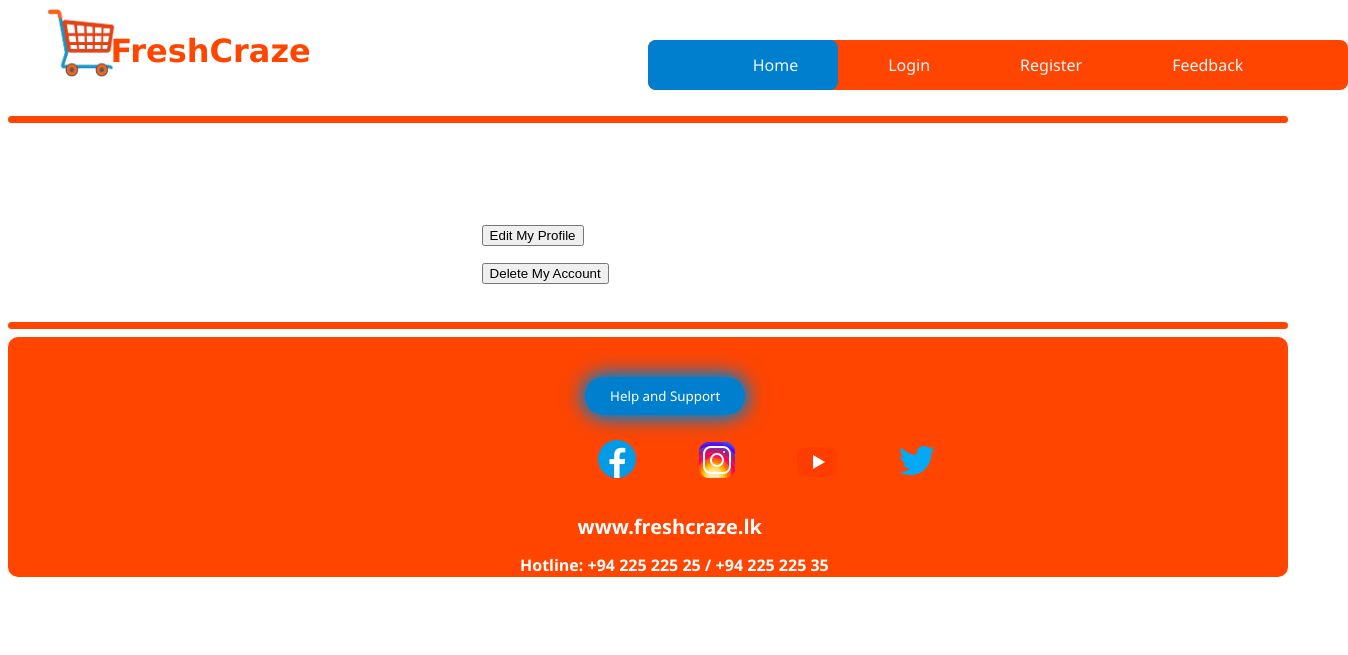
Repository: chamarac2002/FreshCraze
Page: http://localhost/CustomerDemo/useraccount.jsp
An editor plug-in stored every save of this project. The page is shown before and after the next save, followed by the edit.
The browser window is 1280 px wide. The page is 1348 px wide, so the pictures cover 1348 px, including what lies to the right of the window. The pictures show the whole page.
The page is served by Tomcat 9. Nobody is signed in. The application's start-up code is not run. The template is opened directly, without the code that normally fills it, so the values that code supplies are empty.

Above is the page before, as saved 2024-05-11 05:27:57.

After the next save:
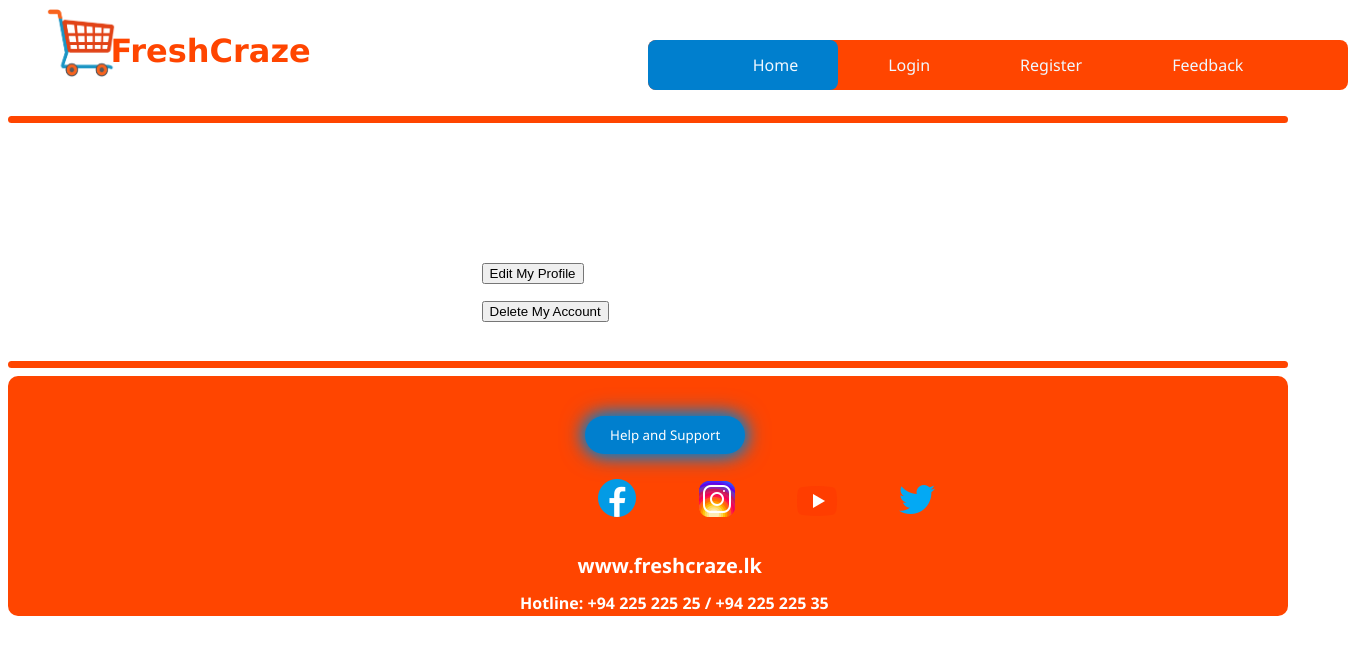
Saved 19 s later.
--- a/CustomerDemo/src/main/webapp/Styles/useraccountStyle.css
+++ b/CustomerDemo/src/main/webapp/Styles/useraccountStyle.css
@@ -205,7 +205,7 @@
 
 .sub1 {
   	margin-left: 37%;
-    margin-top: 3%;
+    margin-top: 6%;
 }
 
 .sub2 {

After the save that followed:
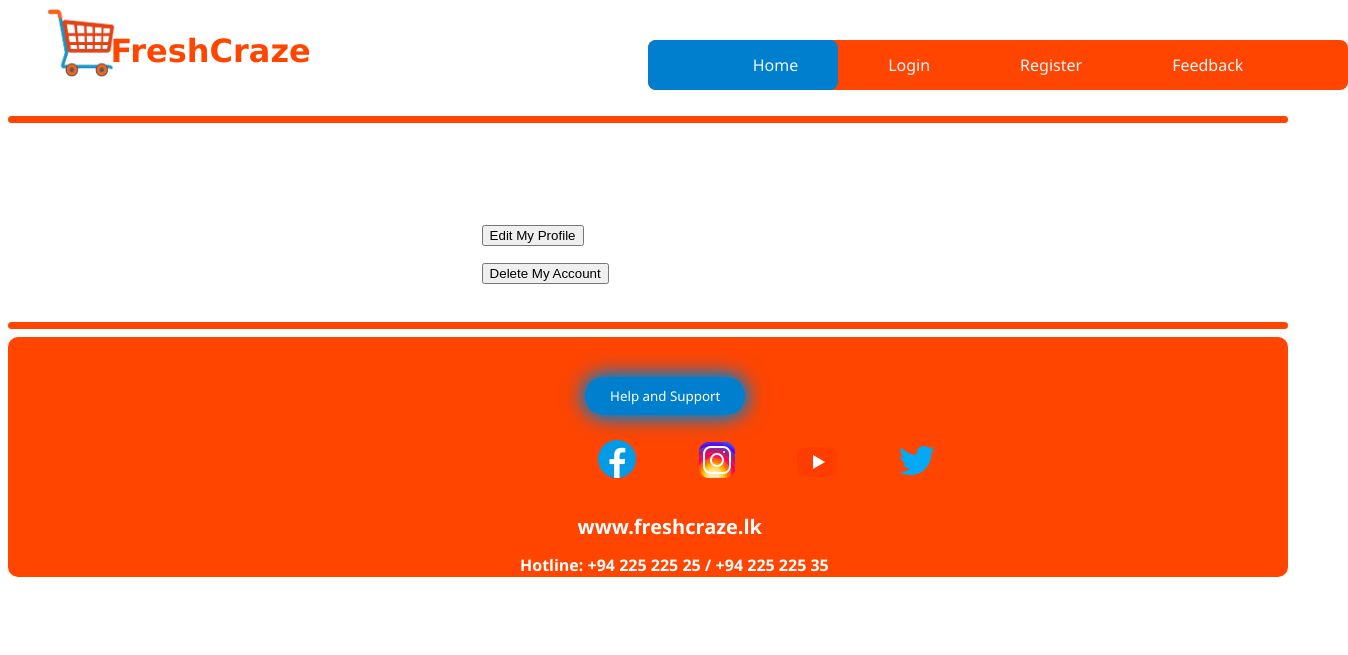
Saved 48 s later.
--- a/CustomerDemo/src/main/webapp/Styles/useraccountStyle.css
+++ b/CustomerDemo/src/main/webapp/Styles/useraccountStyle.css
@@ -205,7 +205,8 @@
 
 .sub1 {
   	margin-left: 37%;
-    margin-top: 6%;
+    margin-top: 3%;
+    text-align: center;
 }
 
 .sub2 {
